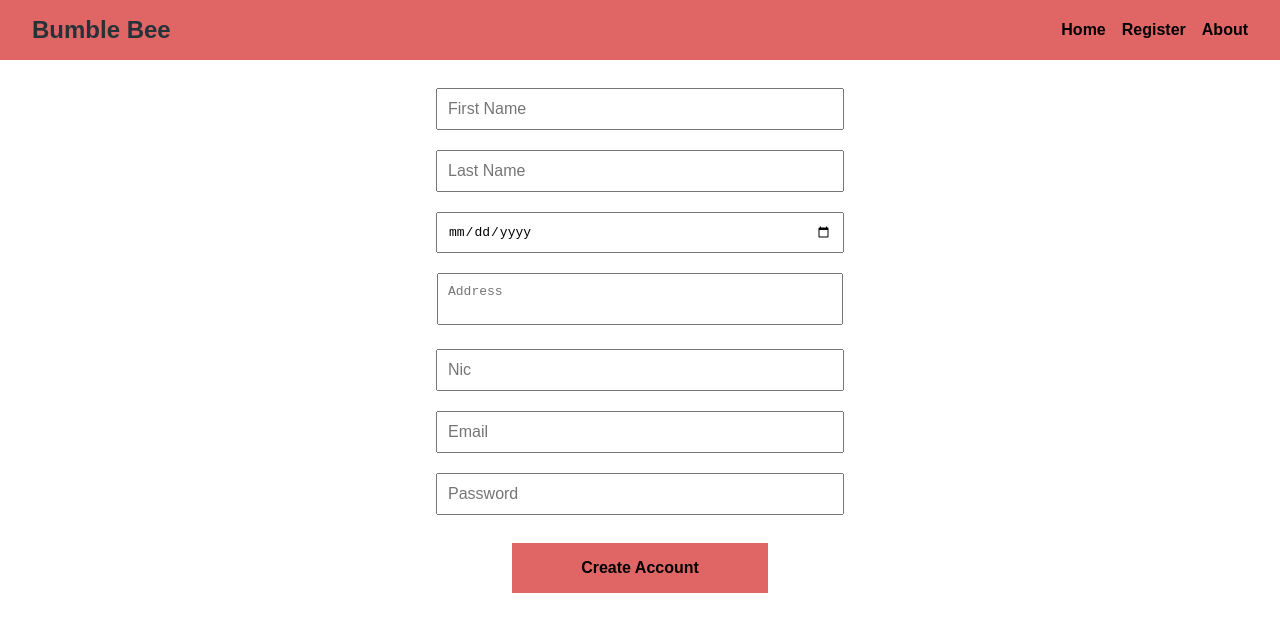
Repository: developerks611/Bumble-bee
Page: http://localhost/Bumble/add-customer.jsp
The author's editor kept a copy of each file at every save. The page is drawn from the files as they stood at one save, then again after the next save.
The browser window is 1280 px wide. The pictures show the whole page.
The page is served by Tomcat 9.

Above is the page before, as saved 2023-02-28 03:57:34.

After the next save:
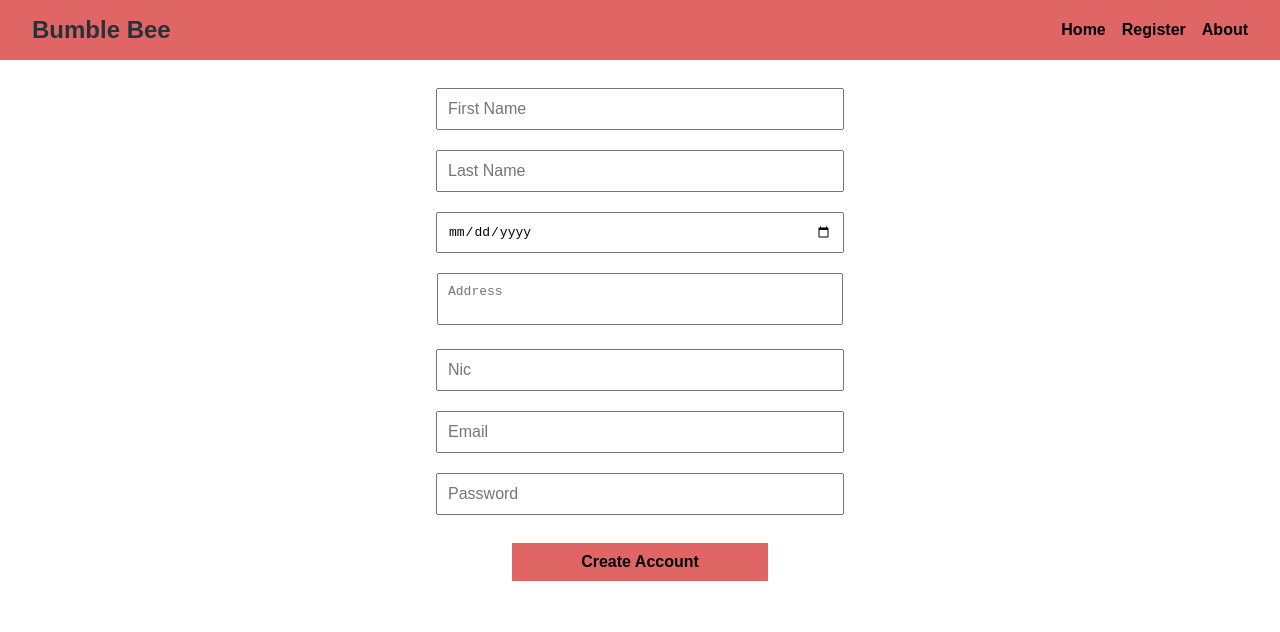
Saved 8 s later.
--- a/Bumble/src/main/webapp/add-customer.jsp
+++ b/Bumble/src/main/webapp/add-customer.jsp
@@ -64,7 +64,7 @@ nav a {
 	outline: none;
     border: none;
     width:20%;
-    height:50px;
+    height:50%;
     font-size:100%;
     padding:10px;
     font-weight:bold;
